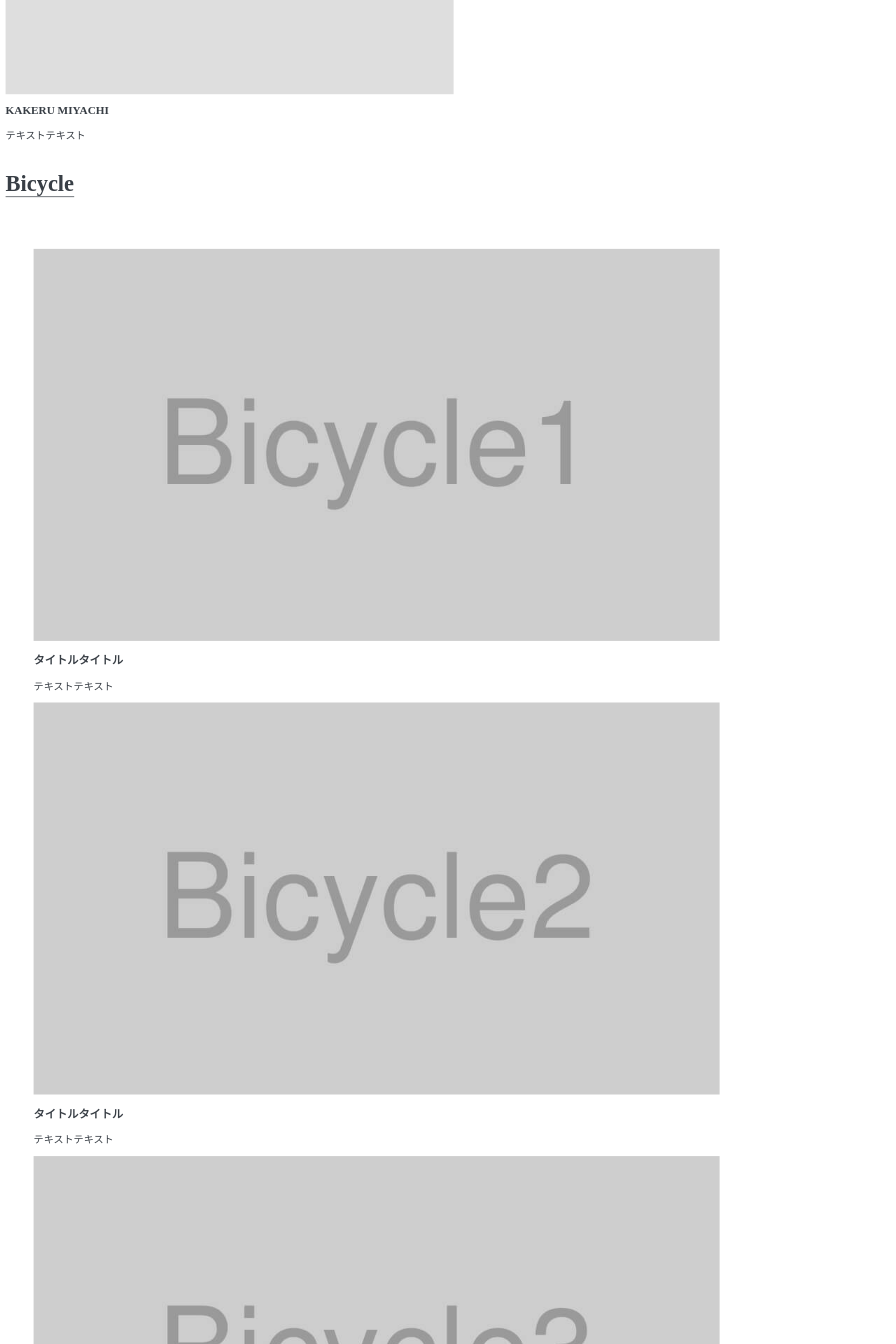
Repository: Fuki-san/bicycle
Page: http://localhost/profile
An editor plug-in stored every save of this project. The page is shown before and after a run of saves, followed by the edit.
The browser window is 1280 px wide. The pictures show the part of the page from y = 1992 to 3912 px (the page is 4322 px tall before and 4493 px after), at 70% of full size.
The page is served by the project's Laravel application, run on PHP 8.4 with Laravel 10. Other server files are loaded and not shown.

Above is the page before, as saved 2023-11-18 14:57:43.

### routes/web.php
<?php

use Illuminate\Support\Facades\Route;

/*
|--------------------------------------------------------------------------
| Web Routes
|--------------------------------------------------------------------------
|
| Here is where you can register web routes for your application. These
| routes are loaded by the RouteServiceProvider and all of them will
| be assigned to the "web" middleware group. Make something great!
|
*/

Route::get('profile', function() {
    return view('bicycle');
})->name('profile');

### resources/views/bicycle.blade.php
@extends('layouts.main')

@section('title', 'bicycle')

@section('content')
    <header id="header">
        <h1 id="site-title"><a href="{{ route('profile') }}"><img src="img/logo.svg"></a></h1>
        <nav>
            <ul>
                <li><a href="#about">About</a></li>
                <li><a href="#bicycle">Bicycle</a></li>
            </ul>
        </nav>
    </header>

    <main>
        <div id="mainvisual">
            <img src="img/mainvisual.jpg">
        </div>

        <section id="about" class="wrapper">
            <h2 class="section-title">About</h2>
            <div class="content">
                <img src="img/about.jpg">
                <div class="text">
                    <h3 class="content-title">KAKERU MIYACHI</h3>
                    <p>テキストテキスト</p>
                </div>
            </div>
        </section>

        <section id="bicycle" class="wrapper">
            <h2 class="section-title">Bicycle</h2>
            <ul>
                <li><img src="img/bicycle1.jpg"><h3 class="content-title">タイトルタイトル</h3><p>テキストテキスト</p></li>
                <li><img src="img/bicycle2.jpg"><h3 class="content-title">タイトルタイトル</h3><p>テキストテキスト</p></li>
                <li><img src="img/bicycle3.jpg"><h3 class="content-title">タイトルタイトル</h3><p>テキストテキスト</p></li>
            </ul>
        </section>

    </main>

    <footer id="footer">
        <p>&copy; 2023 Profile</p>
    </footer>

@endsection

### resources/views/layouts/main.blade.php
<!DOCTYPE html>
<html lang="ja">
<head>
    <meta charset="UTF-8">
    <meta name="viewport" content="width=device-width, initial-scale=1.0">
    <meta http-equiv="X-UA-Compatible" content="ie=edge">
    <link rel="stylesheet" href="{{ asset('css/reset.css') }}">
    <link rel="stylesheet" href="{{ asset('css/style.css') }}">
    <link rel="icon" href="img/favicon.ico">
    <title>@yield('title')</title>
</head>
<body>
    @yield('content')
</body>
</html>

### public/css/style.css
@charset "UTF-8";

html{
    font-size: 100%;
}

body{
    font-size: 0.9rem;
    color: #383e45;
}

a{
    text-decoration: none;
}

img{
    max-width: 100%;
}

li{
    list-style: none;
}

.site-title{
    width: 120px;
    padding: 10px 0;
    line-height: 1px;
}

.site-title a{
    display: block;
}

.section-title{
    font-size: 2rem;
    text-align: center;
    border-bottom: solid 1px #383e45;
    display: inline-block;
    margin-bottom: 60px;
}

.content-title{
    font-size: 1rem;
    margin: 10px 0;
}

.wrapper{
    margin: 0 auto ;
}

### public/img/logo.svg
<?xml version="1.0" encoding="utf-8"?>
<!-- Generator: Adobe Illustrator 15.1.0, SVG Export Plug-In . SVG Version: 6.00 Build 0)  -->
<!DOCTYPE svg PUBLIC "-//W3C//DTD SVG 1.1//EN" "http://www.w3.org/Graphics/SVG/1.1/DTD/svg11.dtd">
<svg version="1.1" id="レイヤー_1" xmlns="http://www.w3.org/2000/svg" xmlns:xlink="http://www.w3.org/1999/xlink" x="0px"
	 y="0px" width="1500px" height="500px" viewBox="0 0 1500 500" enable-background="new 0 0 1500 500" xml:space="preserve">
<g>
	<rect x="0" fill="#393E46" width="1500" height="500"/>
</g>
<g>
	<path fill="#FFFFFF" d="M314.698,365.466h-48.583v-232.55h106.235c45.02,0,72.227,28.825,72.227,74.493
		c0,21.052-11.66,74.169-74.171,74.169h-55.708V365.466z M359.719,241.417c36.275,0,36.275-25.911,36.275-36.275
		c0-22.672-12.632-32.064-42.754-32.064h-38.542v68.34H359.719z"/>
	<path fill="#FFFFFF" d="M478.26,193.158h43.4v29.799h0.646c9.395-17.49,19.758-34.333,47.288-34.333
		c2.915,0,5.83,0.323,8.745,0.647v45.992c-3.887-0.648-8.745-0.648-12.956-0.648c-35.303,0-41.78,22.024-41.78,41.133v89.718H478.26
		V193.158z"/>
	<path fill="#FFFFFF" d="M676.155,370c-46.315,0-88.097-28.501-88.097-90.688c0-62.186,41.781-90.688,88.097-90.688
		c46.316,0,88.097,28.503,88.097,90.688C764.252,341.499,722.472,370,676.155,370z M676.155,226.843
		c-34.979,0-41.457,30.445-41.457,52.47c0,22.023,6.478,52.469,41.457,52.469s41.458-30.445,41.458-52.469
		C717.613,257.288,711.135,226.843,676.155,226.843z"/>
	<path fill="#FFFFFF" d="M848.461,365.466h-45.344V225.547h-24.939v-32.389h24.939v-13.927c0-35.628,19.434-49.231,50.527-49.231
		c13.278,0,19.432,0.323,23.318,0.648v36.599h-12.631c-15.547,0-15.871,4.858-15.871,19.109v6.802h29.474v32.389h-29.474V365.466z"
		/>
	<path fill="#FFFFFF" d="M950.484,172.754H905.14v-42.105h45.345V172.754z M950.484,193.158v172.308H905.14V193.158H950.484z"/>
	<path fill="#FFFFFF" d="M1040.524,365.466h-45.344v-232.55h45.344V365.466z"/>
	<path fill="#FFFFFF" d="M1231.94,314.939c-11.982,41.457-46.314,55.061-75.788,55.061c-48.584,0-85.83-23.319-85.83-94.252
		c0-20.728,7.125-87.124,82.592-87.124c34.008,0,80.971,16.194,80.971,94.898v8.097h-118.219
		c1.296,12.956,3.887,42.105,40.486,42.105c12.631,0,25.586-6.479,29.148-18.785H1231.94z M1187.245,262.146
		c-2.591-27.855-20.404-36.275-34.979-36.275c-21.377,0-32.713,13.604-35.304,36.275H1187.245z"/>
</g>
</svg>

After the next 3 saves:
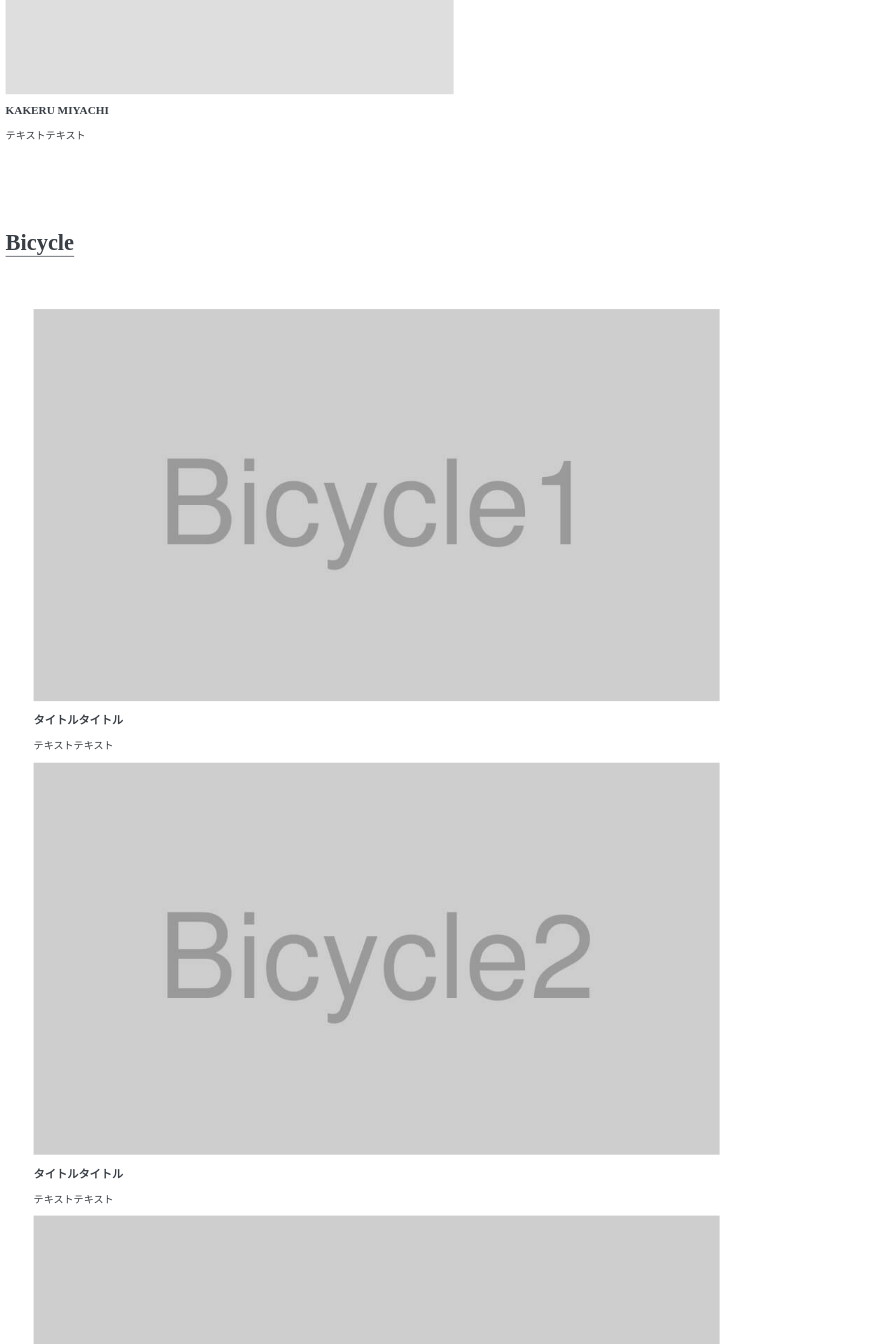
The 3 saves are shown as one change because they came seconds apart.
The last was saved 8 s later.
--- a/public/css/style.css
+++ b/public/css/style.css
@@ -45,5 +45,6 @@ li{
 }
 
 .wrapper{
-    margin: 0 auto ;
+    margin: 0 auto 100px auto;
+    paddi
 }
